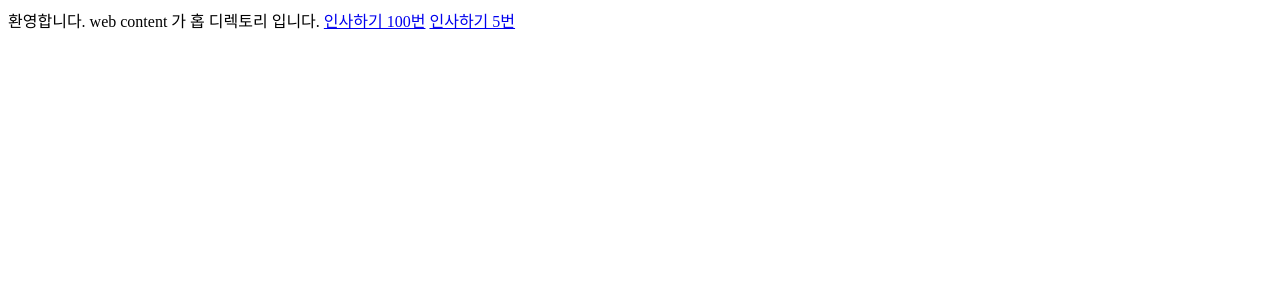
Repository: SongYG77/JSP-Servlet-practice
Page: JSPPrj/WebContent/index.html
The author's editor kept a copy of each file at every save. The page is drawn from the files as they stood at one save, then again after the next save.
The browser window is 1280 px wide. The pictures show the whole page.

Above is the page before, as saved 2021-01-19 05:41:12.

### JSPPrj/WebContent/index.html
<!DOCTYPE html>
<html>
<head>
<meta charset="EUC-KR">
<title>Insert title here</title>
</head>
<body>
	환영합니다. web content 가 홉 디렉토리 입니다.
	<a href = "hi">인사하기 100번</a>
	<a href = "hi?cnt=5">인사하기 5번</a>
</body>
</html>

After the next save:
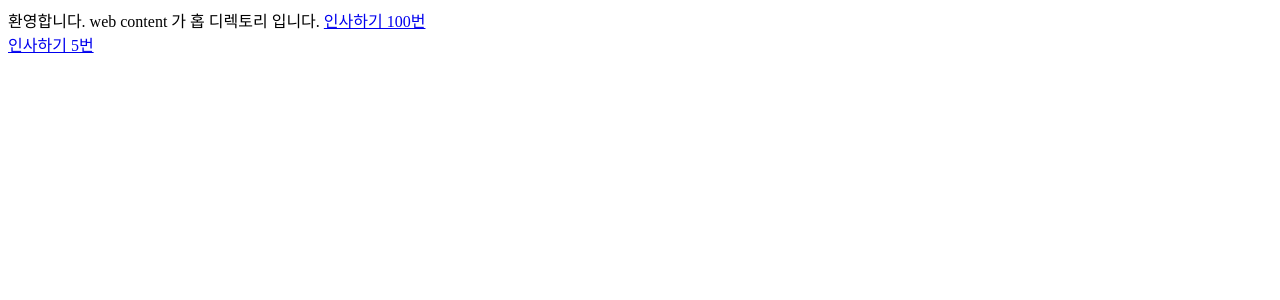
Saved 15 s later.
--- a/JSPPrj/WebContent/index.html
+++ b/JSPPrj/WebContent/index.html
@@ -6,7 +6,7 @@
 </head>
 <body>
 	환영합니다. web content 가 홉 디렉토리 입니다.
-	<a href = "hi">인사하기 100번</a>
+	<a href = "hi">인사하기 100번</a><br>
 	<a href = "hi?cnt=5">인사하기 5번</a>
 </body>
 </html>
